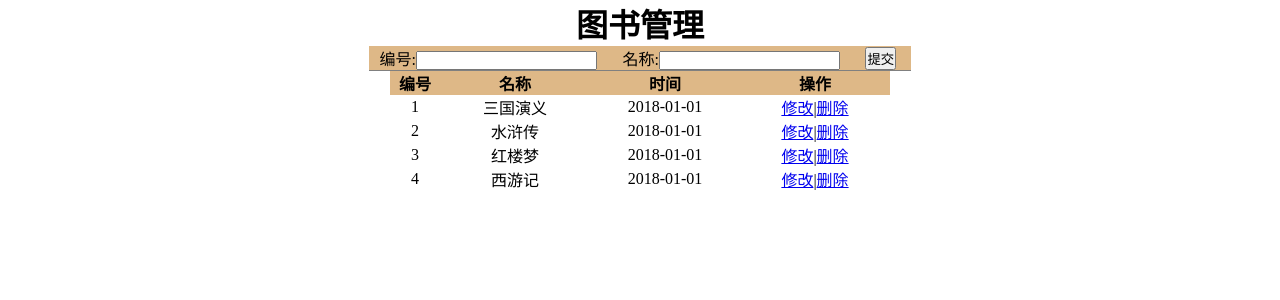
Repository: chenguocan/Vue_demo_1
Page: vue_demo_03/图书管理.html
An editor plug-in stored every save of this project. The page is shown before and after a run of saves, followed by the edit.
The browser window is 1280 px wide. The pictures show the whole page.

Above is the page before, as saved 2020-07-22 10:55:42.

After the next 2 saves:
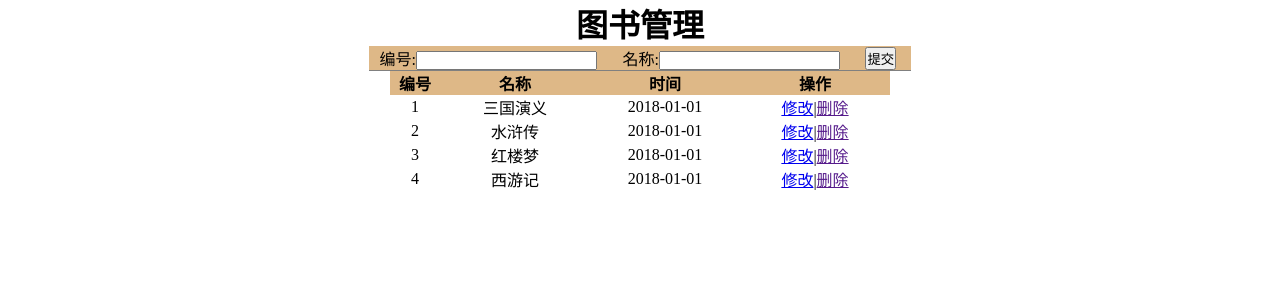
The 2 saves are shown as one change because they came seconds apart.
The last was saved 15 s later.
--- a/vue_demo_03/图书管理.html
+++ b/vue_demo_03/图书管理.html
@@ -70,7 +70,9 @@
                 <td>{{item.bookname}}</td>
                 <td>{{item.date | format(item.date)}}</td>
                 <td>
-                  <a href="#">修改</a>|<a href="#" v-on:click="del(index)"
+                  <a href="#">修改</a>|<a
+                    href=""
+                    v-on:click.prevent="del(index)"
                     >删除</a
                   >
                 </td>
